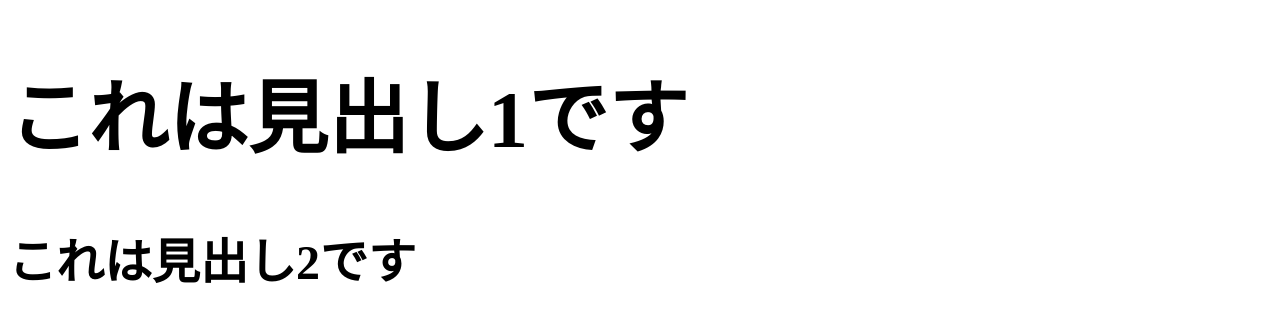
Repository: KustomApe/BlackRabbitTV
Page: 001_HTML/index.html
The author's editor kept a copy of each file at every save. The page is drawn from the files as they stood at one save, then again after the next save.
The browser window is 1280 px wide. The pictures show the whole page.

Above is the page before, as saved 2023-11-13 12:08:19.

After the next save:
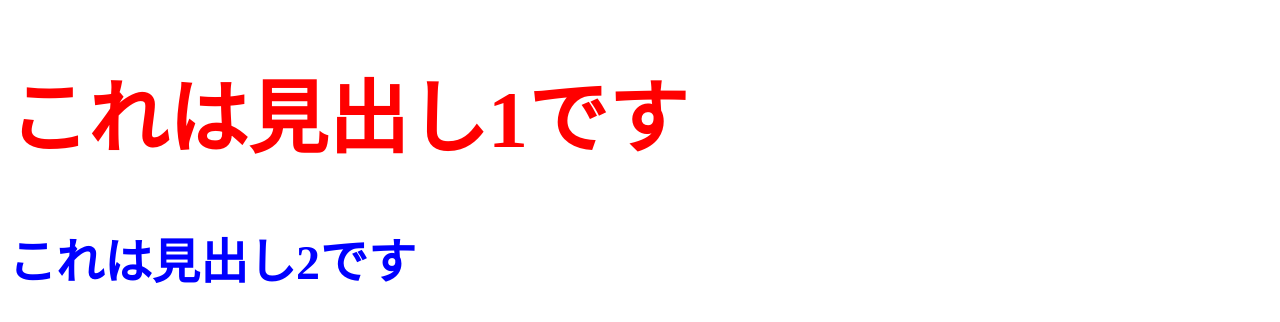
Saved 10 s later.
--- a/001_HTML/style.css
+++ b/001_HTML/style.css
@@ -2,8 +2,10 @@
 
 h1 {
     font-size: 5rem;
+    color: red;
 }
 
 h2 {
     font-size: 3rem;
+    color: blue;
 }
